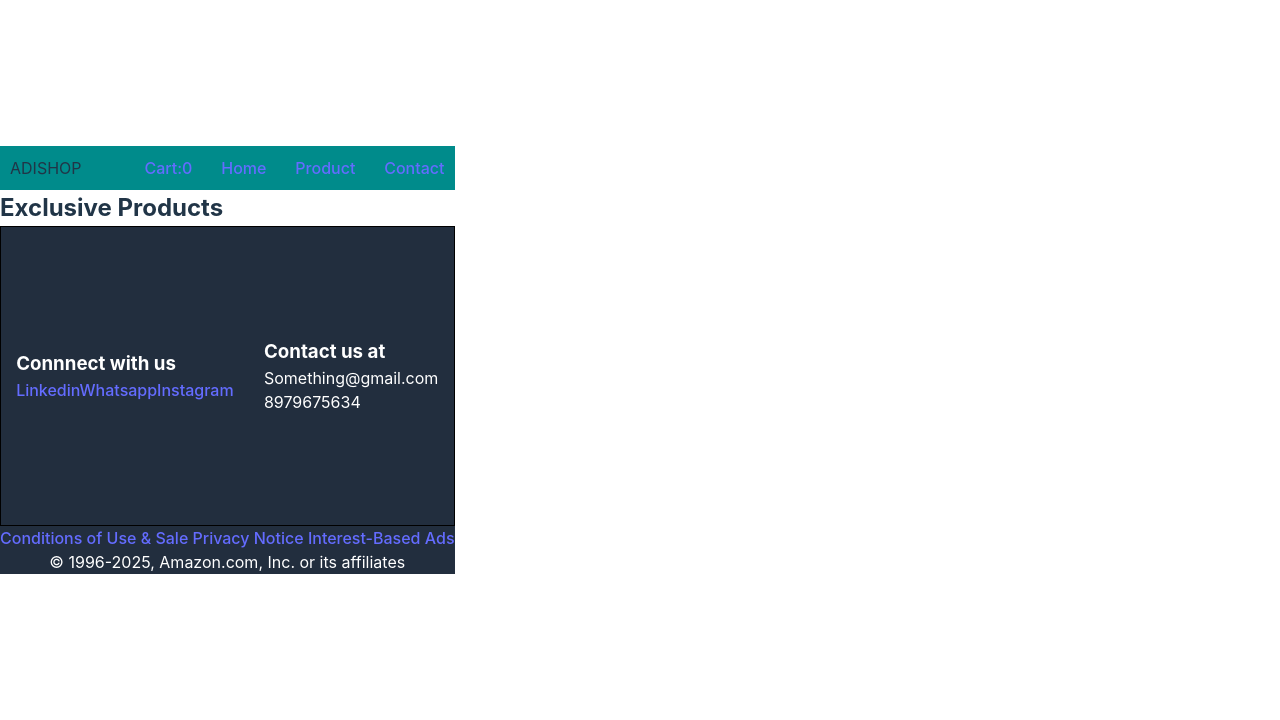
Repository: Aditya0377/React-ecommercewebsite
Page: / (app in ecommerce/)
These files come from the project's save history. The page is drawn as it stood at one moment and after the next save; the edit follows.
The browser window is 1280 px wide. The pictures show the whole page.
The project was rebuilt for these pictures with package versions that can differ from the ones it lists, and the page was loaded fresh each time. Also part of the build but not shown: ecommerce/vite.config.js, ecommerce/src/components/Product.css, ecommerce/src/components/Product.jsx, ecommerce/src/components/Contact.css, ecommerce/src/components/Contact.jsx, ecommerce/src/components/Login.css, ecommerce/src/components/Login.jsx, ecommerce/src/components/Pracctise.jsx. Imported but missing from the stored project, and not drawn on this page: ecommerce/src/components/Cart.

Above is the page before, as saved 2025-01-23 16:32:19.

After the next save:
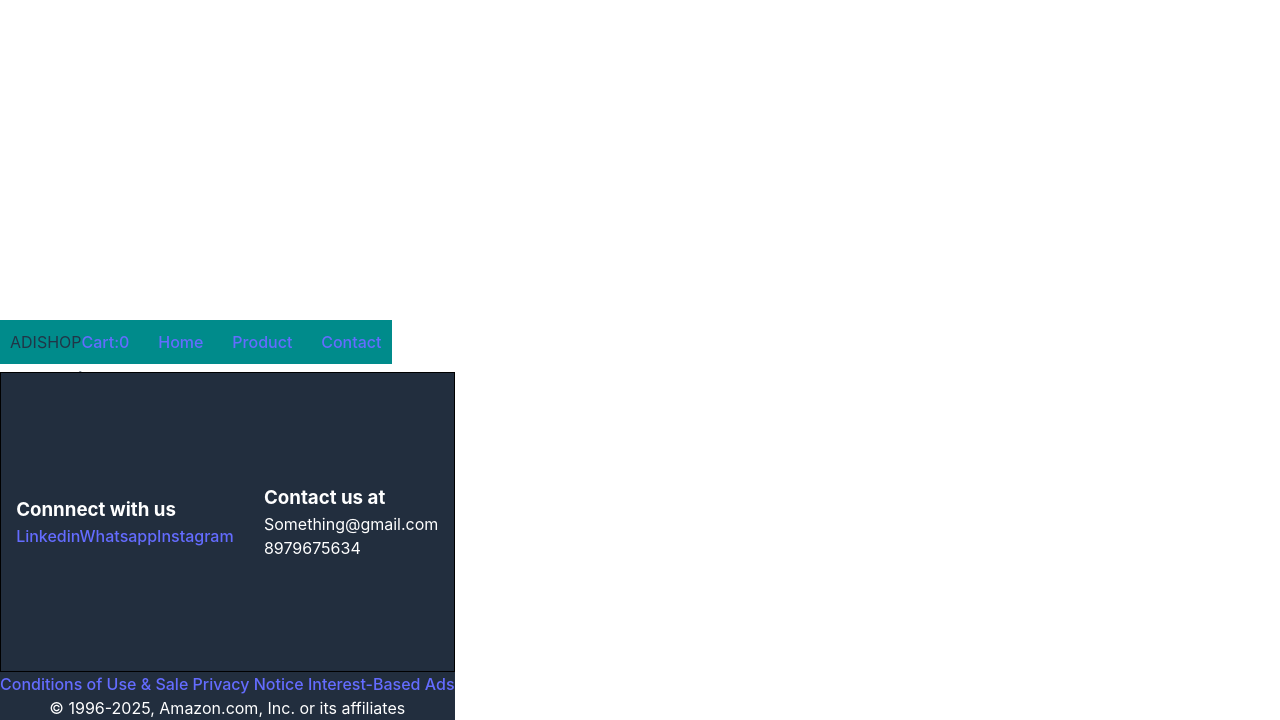
Saved 12 s later.
--- a/ecommerce/src/components/Footer.css
+++ b/ecommerce/src/components/Footer.css
@@ -3,6 +3,8 @@
     background-color: rgb(34,46,62);
     flex-direction: column;
     color: white;
+    position: absolute;
+    bottom: 0%;
 }
 .info{
     width: 100%;

After the 3 saves that followed:
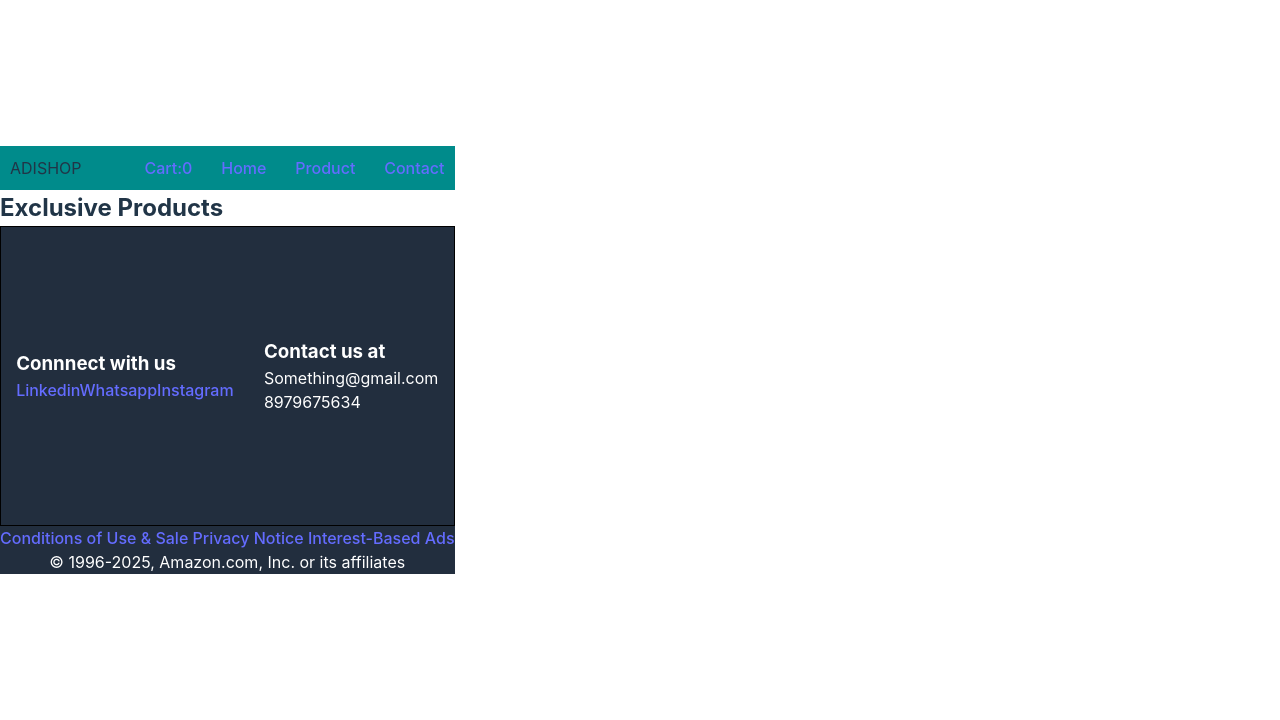
The 3 saves are shown as one change because 2 left the picture as it was.
The last was saved 116 s later.
--- a/ecommerce/src/components/Footer.css
+++ b/ecommerce/src/components/Footer.css
@@ -3,9 +3,9 @@
     background-color: rgb(34,46,62);
     flex-direction: column;
     color: white;
-    position: absolute;
-    bottom: 0%;
+
 }
+
 .info{
     width: 100%;
     height: 300px;
